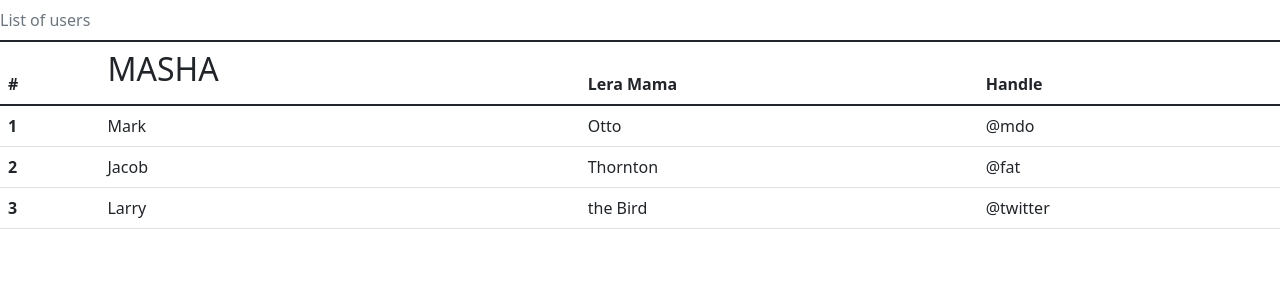
Repository: HeorhiiPotapov/contacts-app
Page: contacts/templates/contacts/list.html
The author's editor kept a copy of each file at every save. The page is drawn from the files as they stood at one save, then again after the next save.
The browser window is 1280 px wide. The pictures show the whole page.
The template is drawn by Django 4.2. The application's start-up code is not run. Other server files are loaded and not shown. The template is opened directly, without the code that normally fills it, so the values that code supplies are empty.

Above is the page before, as saved 2021-10-03 18:50:38.

### contacts/templates/contacts/list.html
{% extends 'base.html' %} {% block title %}Contacts List{% endblock title %}
{%block content %}
<table class="table caption-top">
  <caption>
    List of users
  </caption>
  <thead>
    <tr>
      <th scope="col">#</th>
      <th scope="col"><h2>MASHA</h2></th>
      <th scope="col">Lera Mama</th>
      <th scope="col">Handle</th>
    </tr>
  </thead>
  <tbody>
    <tr>
      <th scope="row">1</th>
      <td>Mark</td>
      <td>Otto</td>
      <td>@mdo</td>
    </tr>
    <tr>
      <th scope="row">2</th>
      <td>Jacob</td>
      <td>Thornton</td>
      <td>@fat</td>
    </tr>
    <tr>
      <th scope="row">3</th>
      <td>Larry</td>
      <td>the Bird</td>
      <td>@twitter</td>
    </tr>
  </tbody>
</table>
{% endblock content %}

### templates/base.html
<!DOCTYPE html>
<html lang="en">
  <head>
    <meta charset="UTF-8" />
    <meta http-equiv="X-UA-Compatible" content="IE=edge" />
    <meta name="viewport" content="width=device-width, initial-scale=1.0" />
    <link
      href="https://cdn.jsdelivr.net/npm/bootstrap@5.1.1/dist/css/bootstrap.min.css"
      rel="stylesheet"
      integrity="sha384-F3w7mX95PdgyTmZZMECAngseQB83DfGTowi0iMjiWaeVhAn4FJkqJByhZMI3AhiU"
      crossorigin="anonymous"
    />
    <title>{% block title %}{% endblock title %}</title>
  </head>
  <body>
    {% block content %}{% endblock content %}

    <script
      src="https://cdn.jsdelivr.net/npm/@popperjs/core@2.9.3/dist/umd/popper.min.js"
      integrity="sha384-W8fXfP3gkOKtndU4JGtKDvXbO53Wy8SZCQHczT5FMiiqmQfUpWbYdTil/SxwZgAN"
      crossorigin="anonymous"
    ></script>
    <script
      src="https://cdn.jsdelivr.net/npm/bootstrap@5.1.1/dist/js/bootstrap.min.js"
      integrity="sha384-skAcpIdS7UcVUC05LJ9Dxay8AXcDYfBJqt1CJ85S/CFujBsIzCIv+l9liuYLaMQ/"
      crossorigin="anonymous"
    ></script>
  </body>
</html>

After the next save:
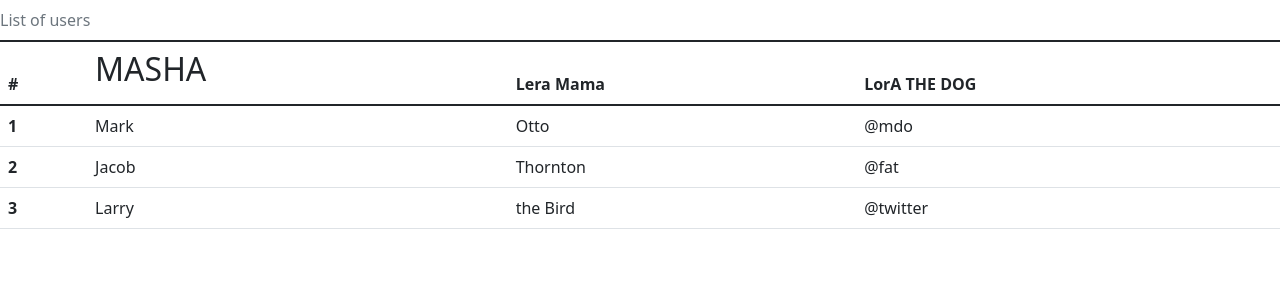
Saved 100 s later.
--- a/contacts/templates/contacts/list.html
+++ b/contacts/templates/contacts/list.html
@@ -9,7 +9,7 @@
       <th scope="col">#</th>
       <th scope="col"><h2>MASHA</h2></th>
       <th scope="col">Lera Mama</th>
-      <th scope="col">Handle</th>
+      <th scope="col">LorA THE DOG</th>
     </tr>
   </thead>
   <tbody>
